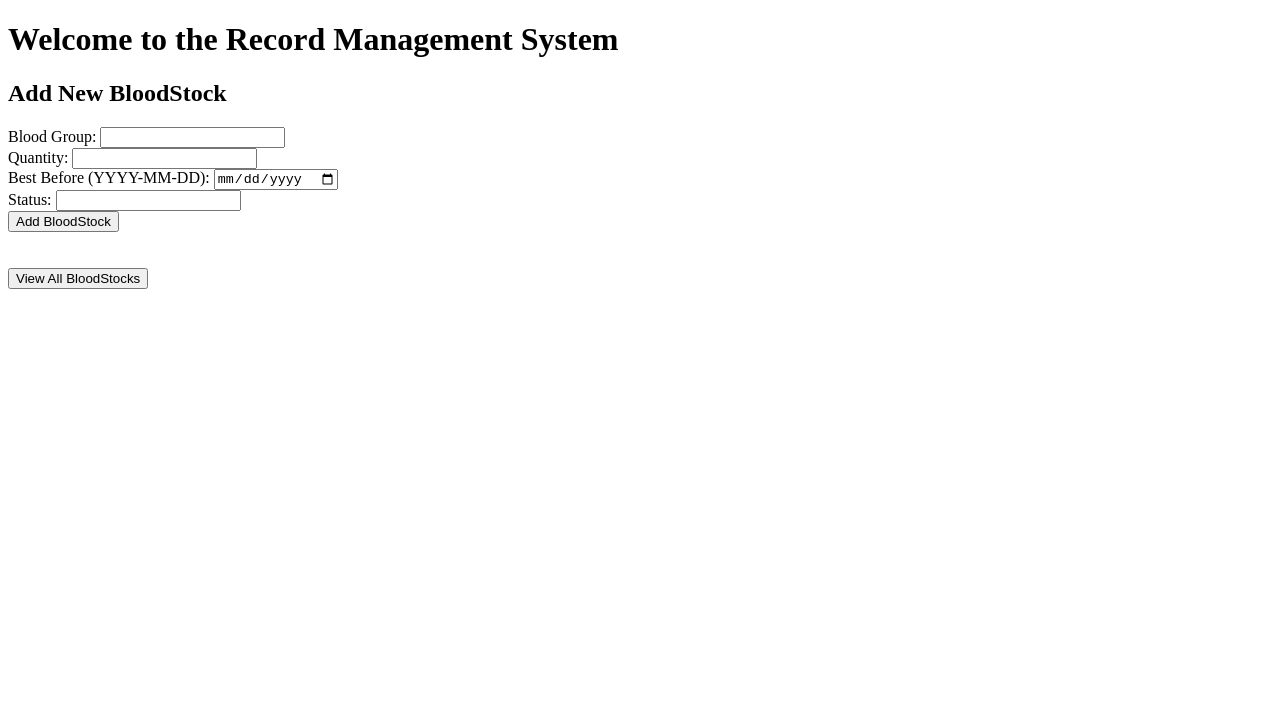
Repository: apadercencol/LabOne303
Page: http://localhost/index
These files come from the project's save history. The page is drawn as it stood at one moment and after the next save; the edit follows.
The browser window is 1280 px wide. The pictures show the whole page.
The page is this project's Thymeleaf template; nobody is signed in. The template is opened directly, without the code that normally fills it, so the values that code supplies are empty.

Above is the page before, as saved 2024-11-11 11:47:48.

### LabThree/src/main/resources/templates/index.html
<!DOCTYPE html>
<html lang="en">
<head>
    <meta charset="UTF-8">
    <meta name="viewport" content="width=device-width, initial-scale=1.0">
    <title>Index</title>
</head>
<body>
    <h1>Welcome to the Record Management System</h1>

    <!-- BloodStock Form -->
    <h2>Add New BloodStock</h2>
    <form th:action="@{/bloodstocks}" method="post">
        <label>Blood Group:</label>
        <input type="text" name="bloodGroup" required/><br>

        <label>Quantity:</label>
        <input type="number" name="quantity" required/><br>

        <label>Best Before (YYYY-MM-DD):</label>
        <input type="date" name="bestBefore" required/><br>

        <label>Status:</label>
        <input type="text" name="status" required/><br>

        <button type="submit">Add BloodStock</button>
    </form>

    <!-- View All Records Links -->
    <br><br>
    <a href="/bloodstocks/all"><button>View All BloodStocks</button></a>
</body>
</html>

After the next save:
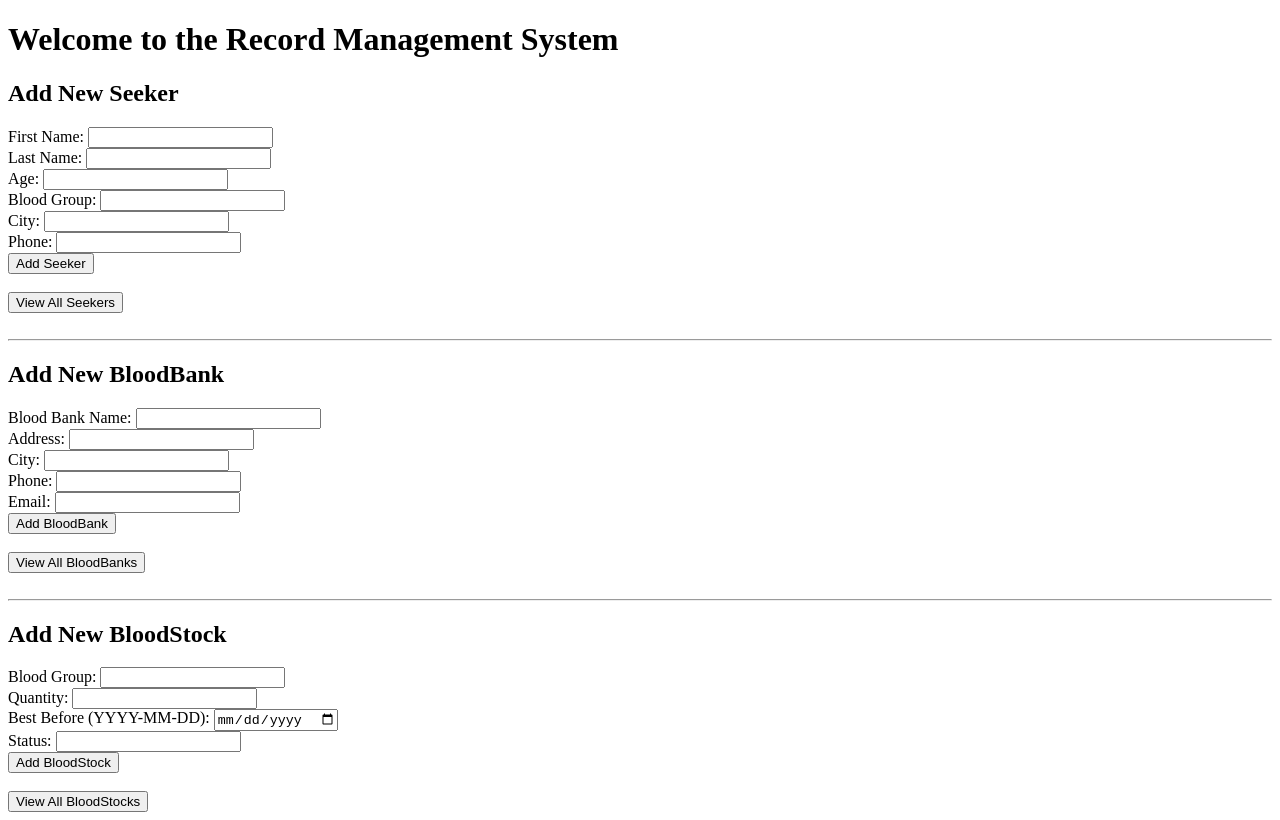
Saved 107 s later.
--- a/LabThree/src/main/resources/templates/index.html
+++ b/LabThree/src/main/resources/templates/index.html
@@ -8,7 +8,58 @@
 <body>
     <h1>Welcome to the Record Management System</h1>
 
-    <!-- BloodStock Form -->
+    <!-- Seeker Section -->
+    <h2>Add New Seeker</h2>
+    <form th:action="@{/seekers}" method="post">
+        <label>First Name:</label>
+        <input type="text" name="firstName" required/><br>
+
+        <label>Last Name:</label>
+        <input type="text" name="lastName" required/><br>
+
+        <label>Age:</label>
+        <input type="number" name="age" required/><br>
+
+        <label>Blood Group:</label>
+        <input type="text" name="bloodGroup" required/><br>
+
+        <label>City:</label>
+        <input type="text" name="city" required/><br>
+
+        <label>Phone:</label>
+        <input type="text" name="phone" required/><br>
+
+        <button type="submit">Add Seeker</button>
+    </form>
+
+    <br><a href="/seekers/all"><button>View All Seekers</button></a>
+    <br><br><hr>
+
+    <!-- BloodBank Section -->
+    <h2>Add New BloodBank</h2>
+    <form th:action="@{/bloodbanks}" method="post">
+        <label>Blood Bank Name:</label>
+        <input type="text" name="bloodbankName" required/><br>
+
+        <label>Address:</label>
+        <input type="text" name="address" required/><br>
+
+        <label>City:</label>
+        <input type="text" name="city" required/><br>
+
+        <label>Phone:</label>
+        <input type="text" name="phone" required/><br>
+
+        <label>Email:</label>
+        <input type="email" name="email" required/><br>
+
+        <button type="submit">Add BloodBank</button>
+    </form>
+
+    <br><a href="/bloodbanks/all"><button>View All BloodBanks</button></a>
+    <br><br><hr>
+
+    <!-- BloodStock Section -->
     <h2>Add New BloodStock</h2>
     <form th:action="@{/bloodstocks}" method="post">
         <label>Blood Group:</label>
@@ -26,8 +77,6 @@
         <button type="submit">Add BloodStock</button>
     </form>
 
-    <!-- View All Records Links -->
-    <br><br>
-    <a href="/bloodstocks/all"><button>View All BloodStocks</button></a>
+    <br><a href="/bloodstocks/all"><button>View All BloodStocks</button></a>
 </body>
 </html>
